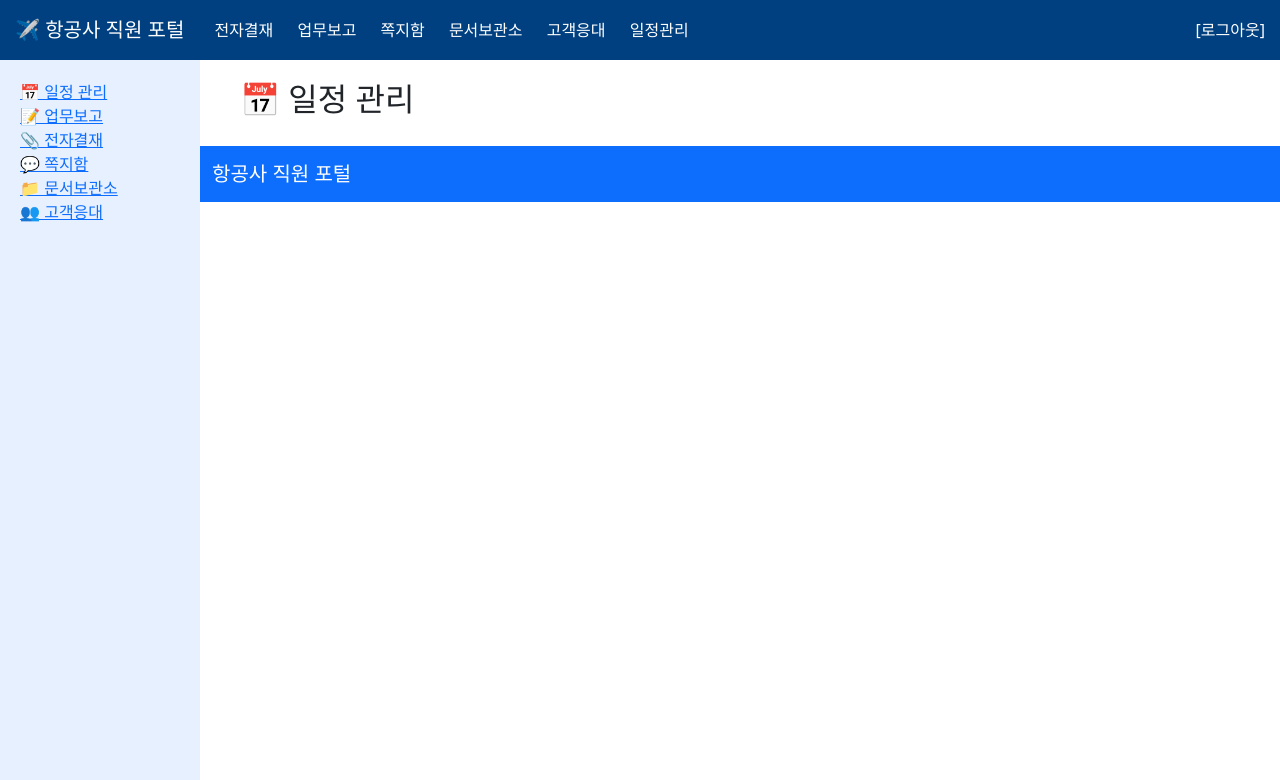
Repository: yu1na/Project404
Page: http://localhost/Project404_yuna/WEB-INF/views/calendar/calendar.jsp
These files come from the project's save history. The page is drawn as it stood at one moment and after the next save; the edit follows.
The browser window is 1280 px wide. The pictures show the whole page.
The page is served by Tomcat 9. Nobody is signed in. Other server files are loaded and not shown. The template is opened directly, without the code that normally fills it, so the values that code supplies are empty.

Above is the page before, as saved 2025-07-15 16:04:08.

### Project404_yuna/src/main/webapp/WEB-INF/views/calendar/calendar.jsp
<%@ page language="java" contentType="text/html; charset=UTF-8"
    pageEncoding="UTF-8"%>
<%@ include file="/WEB-INF/views/top.jsp" %>
<%@ include file="/WEB-INF/views/sidebar.jsp" %>

<!DOCTYPE html>
<html>
	<head>
		<meta charset="UTF-8">
		<title>calendar</title>
		<link href="https://cdn.jsdelivr.net/npm/bootstrap@5.3.0/dist/css/bootstrap.min.css" rel="stylesheet">
	</head>
	<body>
	<div style="margin-left: 220px; padding: 20px;">
	  <h2>📅 일정 관리</h2>
	  <div id="calendar"></div>
	</div>

	<nav class="navbar navbar-expand-lg bg-primary navbar-dark">
	  <div class="container-fluid">
	    <a class="navbar-brand" href="/">항공사 직원 포털</a>
	  </div>
	</nav>
	    <div id="calendar"></div>
	</body>
</html>

### Project404_yuna/src/main/webapp/WEB-INF/views/top.jsp
<%@ page language="java" contentType="text/html; charset=UTF-8"
    pageEncoding="UTF-8"%>
<!DOCTYPE html>
<html>
	<head>
		<meta charset="UTF-8">
		<title>Top</title>
		<style>
			/* 기본 링크 스타일 제거 */
			.no-underline {
				text-decoration: none; /* 밑줄 제거 */
			}
			/* 메뉴 항목 간 간격 조정 */
			.menu-item {
				margin-right: 20px; /* 각 메뉴 항목의 오른쪽 여백 */
			}
			/* 항공사 직원 포털 텍스트 색상 및 간격 */
			.portal-title {
				color: white !important; /* 텍스트 색상을 흰색으로 */
				margin-right: 30px; /* 로그아웃 버튼과의 간격 조정 */
			}
		</style>
	</head>
	<body>
		<div style="background-color: #004080; color: white; padding: 15px; display: flex; align-items: center;">
			<a href="/" class="no-underline portal-title">
			  <span style="font-size: 20px;">✈ 항공사 직원 포털</span>
			</a>

		  	<nav class="flex text-base font-medium" style="flex-grow: 1; justify-content: flex-end;">
			  <a href="/approval/list" class="hover:text-blue-600 no-underline menu-item" style="color: white;">전자결재</a>
			  <a href="/report/list" class="hover:text-blue-600 no-underline menu-item" style="color: white;">업무보고</a>
			  <a href="/message/inbox" class="hover:text-blue-600 no-underline menu-item" style="color: white;">쪽지함</a>
			  <a href="/docs/list" class="hover:text-blue-600 no-underline menu-item" style="color: white;">문서보관소</a>
			  <a href="/qna/list" class="hover:text-blue-600 no-underline menu-item" style="color: white;">고객응대</a>
			  <a href="/calendar/calendar" class="hover:text-blue-600 no-underline menu-item" style="color: white;">일정관리</a>
			</nav>
			<span style="float: right;">[로그아웃]</span>
		</div>
	</body>
</html>

### Project404_yuna/src/main/webapp/WEB-INF/views/sidebar.jsp
<%@ page language="java" contentType="text/html; charset=UTF-8"
    pageEncoding="UTF-8"%>
<!DOCTYPE html>
<html>
	<head>
		<meta charset="UTF-8">
		<title>sidebar</title>
		<style>
			/* 기본 링크 스타일 제거 */
			.no-underline {
				text-decoration: none; /* 밑줄 제거 */
			}
			/* 메뉴 항목 간 간격 조정 */
			.menu-item {
				margin-right: 20px; /* 각 메뉴 항목의 오른쪽 여백 */
			}
			/* 항공사 직원 포털 텍스트 색상 및 간격 */
			.portal-title {
				color: blue; /* 텍스트 색상을 흰색으로 */
				margin-right: 30px; /* 로그아웃 버튼과의 간격 조정 */
			}
		</style>
	</head>
	<body>
	<div style="width: 200px; height: 100vh; background: #e6f0ff; float: left; padding: 20px;">
	  <ul style="list-style: none; padding: 0;">
	    <li><a href="/calendar/calendar">📅 일정 관리</a></li>
	    <li><a href="/report/list">📝 업무보고</a></li>
	    <li><a href="/approval/list">📎 전자결재</a></li>
	    <li><a href="/message/inbox">💬 쪽지함</a></li>
	    <li><a href="/docs/list">📁 문서보관소</a></li>
	    <li><a href="/qna/list">👥 고객응대</a></li>
	  </ul>
	</div>
	</body>
</html>

After the next save:
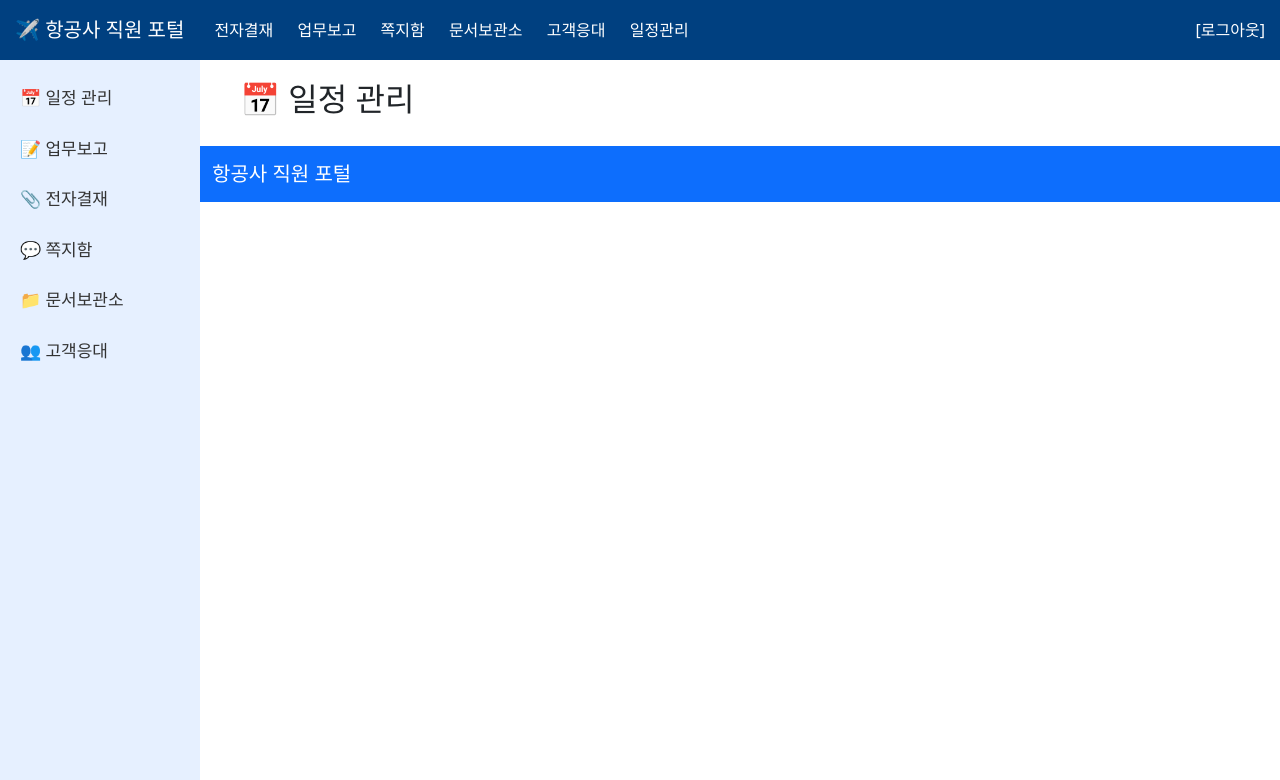
Saved 110 s later.
--- a/Project404_yuna/src/main/webapp/WEB-INF/views/sidebar.jsp
+++ b/Project404_yuna/src/main/webapp/WEB-INF/views/sidebar.jsp
@@ -6,24 +6,45 @@
 		<meta charset="UTF-8">
 		<title>sidebar</title>
 		<style>
-			/* 기본 링크 스타일 제거 */
-			.no-underline {
+			body {
+				margin: 0; /* body의 기본 마진 제거 */
+				padding: 0; /* body의 기본 패딩 제거 */
+			}
+			.sidebar {
+				width: 200px;
+				height: 100vh;
+				background: #e6f0ff;
+				float: left; /* float 대신 flexbox를 추천하지만, 기존 유지 */
+				padding: 20px;
+				box-sizing: border-box; /* 패딩이 너비에 포함되도록 설정 */
+			}
+			.sidebar ul {
+				list-style: none;
+				padding: 0;
+				margin: 0; /* ul의 기본 마진 제거 */
+			}
+			.sidebar li {
+				margin-bottom: 15px; /* 각 항목 아래에 15px 간격 추가 */
+				/* 마지막 li 항목에는 마진을 주지 않도록 할 수도 있습니다. (예: li:last-child { margin-bottom: 0; }) */
+			}
+			.sidebar li a {
 				text-decoration: none; /* 밑줄 제거 */
+				color: #333; /* 링크 색상을 기본 어두운 회색으로 설정 (원하는 색상으로 변경 가능) */
+				font-size: 17px; /* 1px 키운 크기 (기존 16px 가정) */
+				display: block; /* 링크 전체 영역 클릭 가능하도록 */
+				padding: 5px 0; /* 클릭 영역 확보를 위한 패딩 (선택 사항) */
 			}
-			/* 메뉴 항목 간 간격 조정 */
-			.menu-item {
-				margin-right: 20px; /* 각 메뉴 항목의 오른쪽 여백 */
+			.sidebar li a:hover {
+				color: #0056b3; /* 호버 시 색상 변경 (예: 진한 파랑) */
 			}
-			/* 항공사 직원 포털 텍스트 색상 및 간격 */
-			.portal-title {
-				color: blue; /* 텍스트 색상을 흰색으로 */
-				margin-right: 30px; /* 로그아웃 버튼과의 간격 조정 */
-			}
+
+			/* 이전 코드에 있던 불필요한 스타일은 제거했습니다. (no-underline, menu-item, portal-title) */
+			/* 이 sidebar.jsp는 단독으로 사용될 것이므로, 해당 스타일은 이 파일에만 적용되어야 합니다. */
 		</style>
 	</head>
 	<body>
-	<div style="width: 200px; height: 100vh; background: #e6f0ff; float: left; padding: 20px;">
-	  <ul style="list-style: none; padding: 0;">
+	<div class="sidebar"> <%-- 인라인 스타일을 클래스로 변경 --%>
+	  <ul>
 	    <li><a href="/calendar/calendar">📅 일정 관리</a></li>
 	    <li><a href="/report/list">📝 업무보고</a></li>
 	    <li><a href="/approval/list">📎 전자결재</a></li>
